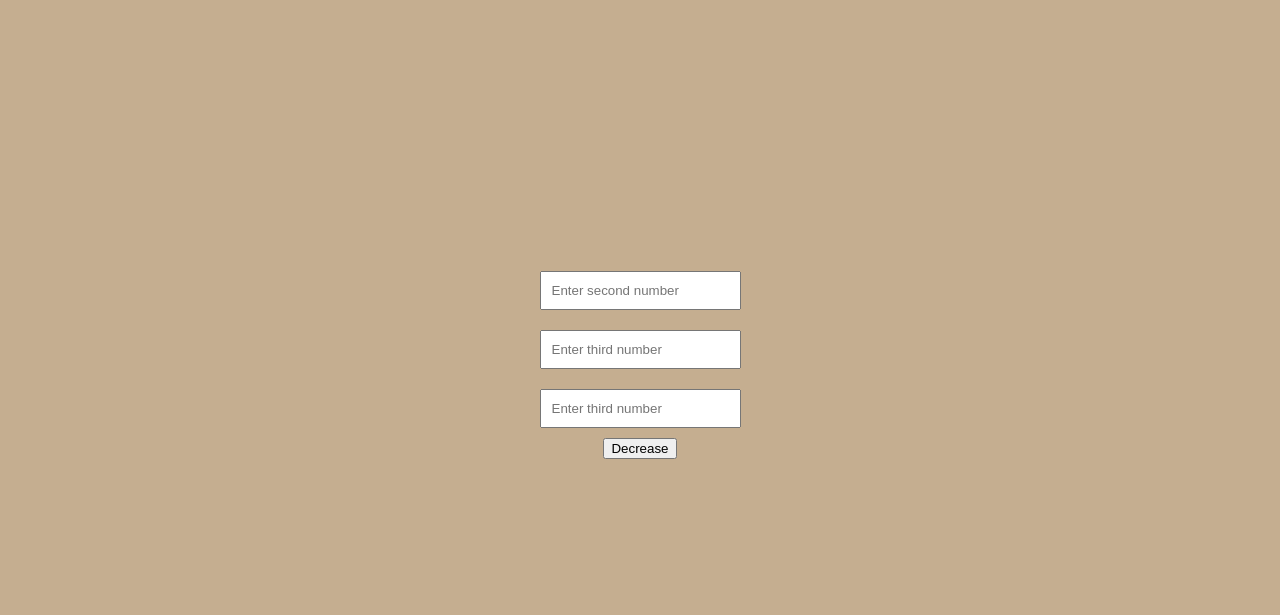
Repository: purnimapatel/SI-calculator
Page: /
An editor plug-in stored every save of this project. The page is shown before and after the next save, followed by the edit.
The browser window is 1280 px wide. The pictures show the whole page.
The project was rebuilt for these pictures with package versions that can differ from the ones it lists, and the page was loaded fresh each time.

Above is the page before, as saved 2024-08-26 11:24:24.

After the next save:
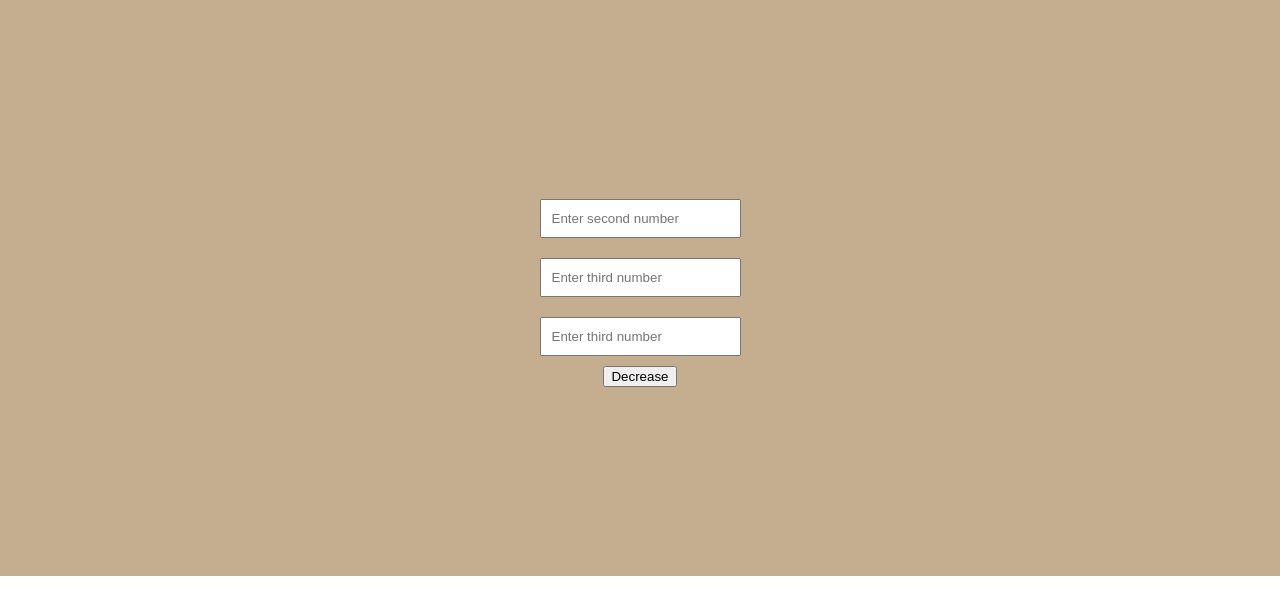
Saved 10 s later.
--- a/src/App.css
+++ b/src/App.css
@@ -9,7 +9,7 @@
   justify-content: center;
   align-items:center;
   flex-direction: column;
-  height: 100vh;
+  height: 80vh;
 
 }
 input[type=number]::-webkit-outer-spin-button,
